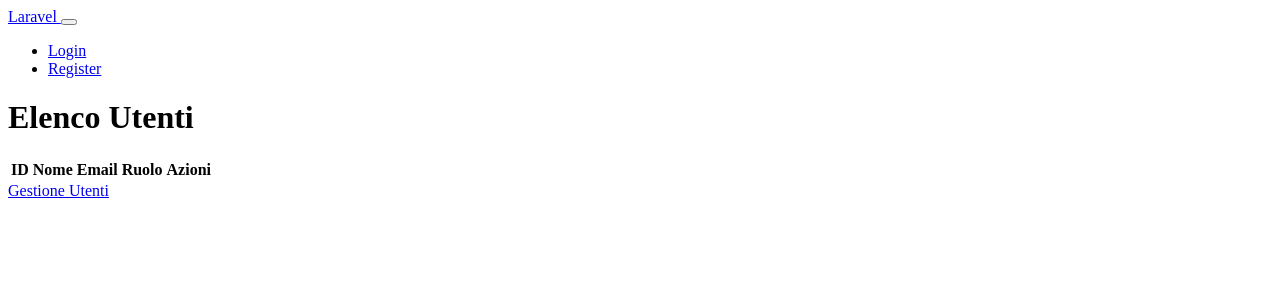
Repository: matteomorreale/wp-laravel
Page: http://localhost/users
The author's editor kept a copy of each file at every save. The page is drawn from the files as they stood at one save, then again after the next save.
The browser window is 1280 px wide. The pictures show the whole page.
The page is served by the project's Laravel application, run on PHP 8.4 with Laravel 12. Style sheets and scripts are compiled from the project's sources, by tool versions that may differ from the author's. Queries for data that is not in the repository find no rows.

Above is the page before, as saved 2024-10-19 17:10:28.

After the next save:
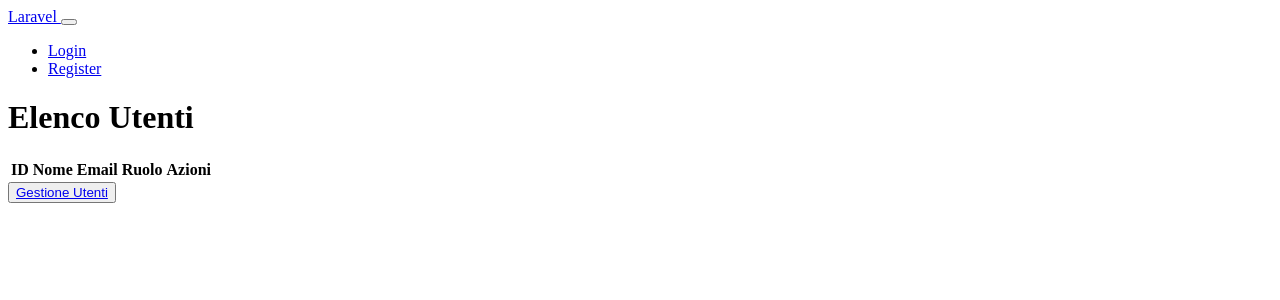
Saved 10 s later.
--- a/resources/views/layouts/app.blade.php
+++ b/resources/views/layouts/app.blade.php
@@ -75,7 +75,7 @@
         <main class="py-4">
             @yield('content')
             <section>
-                    <a class="nav-link" href="{{ route('users.index') }}">Gestione Utenti</a>
+                <button><a class="nav-link" href="{{ route('users.index') }}">Gestione Utenti</a></button>
             </section>
         </main>
     </div>
